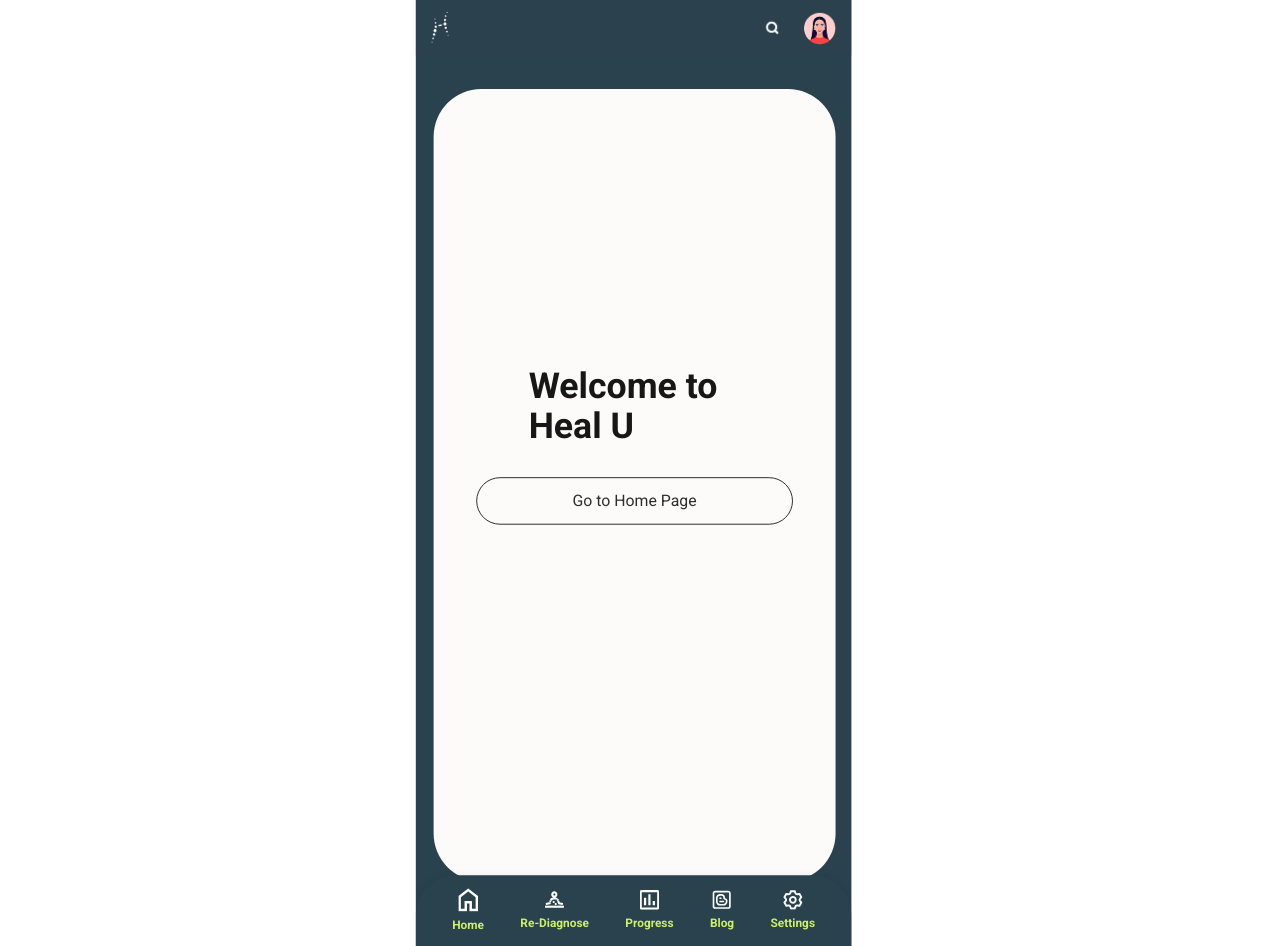
Repository: patcha-d3/heal_u
Page: /
The author's editor kept a copy of each file at every save. The page is drawn from the files as they stood at one save, then again after the next save.
The browser window is 1280 px wide. The pictures show the whole page, at 99% of full size.
The project was rebuilt for these pictures with package versions that can differ from the ones it lists, and the page was loaded fresh each time. The framework's server and built-in components were replaced by stand-ins that run in the browser. Also part of the build but not shown: next.config.js, next.config.mjs.

Above is the page before, as saved 2025-05-08 11:17:58.

After the next save:
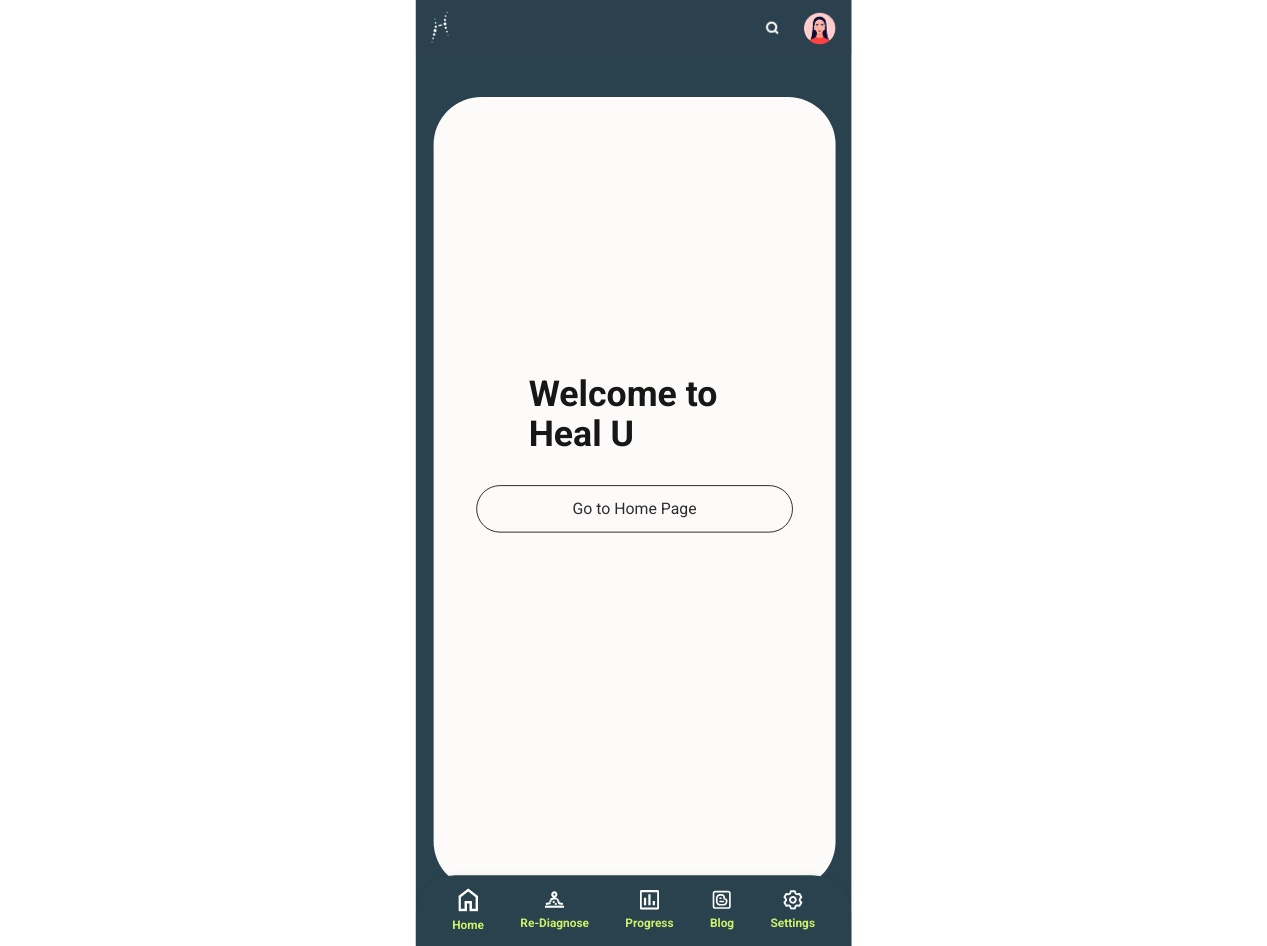
Saved 66 s later.
--- a/app/layout.js
+++ b/app/layout.js
@@ -37,7 +37,7 @@ export default function RootLayout({ children }) {
 				<div className='min-h-screen w-full flex items-center justify-center'>
 					<div className='w-[440px] h-[956px] relative overflow-hidden flex flex-col bg-[#29424D]'>
 						<TopNav />
-						<main className='flex-1 overflow-y-auto flex items-center justify-end pb-4'>
+						<main className='flex-1 overflow-y-auto flex items-center justify-end'>
 							<div className='w-[406px] h-[800px] bg-[#FDFBF9] mx-4 mb-4 rounded-[48px]'>
 								{children}
 							</div>
